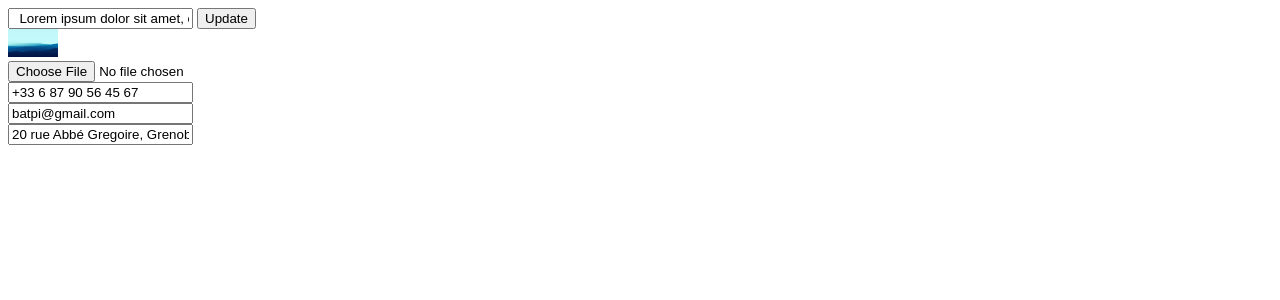
Repository: Yoon-Dev/ProjetS4
Page: http://localhost/backoffice/admin/index.php
The author's editor kept a record of every edit. The page is drawn from the files as they stood at one moment, then again after the next edit.
The browser window is 1280 px wide. The pictures show the whole page.
The page is run by PHP 8.4 with error messages shown; the project is at /var/www/html/. The session is filled in as if someone had signed in: {"acces": true}. Other server files are loaded and not shown. The database holds what the project's SQL file puts in it.

Above is the page before.

### backoffice/admin/index.php
<?php
session_start();
require "../../utils/checkAcces.php";
require '../../utils/conn.php';
checkAcces("../");
chargerclass("../../class/", "Manager");
chargerclass("../../class/", "Page");
$manager = new Manager($conn);
$page = $manager->getPageModel();
?>
<!DOCTYPE html>
<html lang="en">
<head>
    <meta charset="UTF-8">
    <meta name="viewport" content="width=device-width, initial-scale=1.0">
    <meta http-equiv="X-UA-Compatible" content="ie=edge">
    <title>Identification</title>
</head>
<body>

    <input type="textarea" id="presentation" name="presentation" data-bdd="page" value="<?php echo $page->presentation();?>"/>
    <button class="btn-update" data-input="#presentation">Update</button>
    <br>
    <img src="<?php echo '../../'.$page->img1();?>" style="width:50px;"/><br>
    <input type="file" name="img1" data-bdd="page" value="<?php echo $page->img1();?>"/><br>
    <input type="text" name="numero" data-bdd="page" value="<?php echo $page->numero();?>"/><br>
    <input type="text" name="email" data-bdd="page" value="<?php echo $page->email();?>"/><br>
    <input type="text" name="adresse" data-bdd="page" value="<?php echo $page->adresse();?>"/><br>

</body>
</html>

### utils/checkAcces.php
<?php

function checkAcces(string $redirect)
{

   if(!$_SESSION['acces']){
        header("Location: ".$redirect);
        exit();
        echo "acces denied";
    }

}

### utils/conn.php
<?php
// connect to bdd
// $conn = new PDO('mysql:host=localhost;dbname=s4;charset=utf8', 'admin', 'pass');
$conn = new PDO('mysql:host=localhost;dbname=s4;charset=utf8', 'admin', 'pass');
$conn->setAttribute(PDO::ATTR_ERRMODE, PDO::ERRMODE_WARNING); // On émet une alerte à chaque fois qu'une requête a échoué

function chargerclass($dossier, $classname){
    require $dossier.$classname.".php";
}

### class/Manager.php
<?php
class Manager{
// ++++++++++++++++++++++++++++++++++++++++++++++++++++++++++++++++++++++++++++++++++++
    // caratéristique
// ++++++++++++++++++++++++++++++++++++++++++++++++++++++++++++++++++++++++++++++++++++
    protected $_conn;
// °°°°°°°°°°°°°°°°°°°°°°°°°°°°°°°°°°°°°°°°°°°°°°°°°°°°°°°°°°°°°°°°°°°°°°°°°°°°°°°°°°°°
    // CONSTRUCT
// °°°°°°°°°°°°°°°°°°°°°°°°°°°°°°°°°°°°°°°°°°°°°°°°°°°°°°°°°°°°°°°°°°°°°°°°°°°°°°°°°°°°
    public function __construct($conn){$this->setDb($conn);}
// ++++++++++++++++++++++++++++++++++++++++++++++++++++++++++++++++++++++++++++++++++++
// fonctionnalité
// ++++++++++++++++++++++++++++++++++++++++++++++++++++++++++++++++++++++++++++++++++++
// °°°°°°°°°°°°°°°°°°°°°°°°°°°°°°°°°°°°°°°°°°°°°°°°°°°°°°°°°°°°°°°°°°°°°°°°°°°°°°°°°°°°°°°°°°°°°°°°
    public function getAdminPassword(string $username, string $pass)
    {
    $res = null;
    // get the admin password for admin identification
        if(!empty($username)){
            $q = $this->_conn->prepare('SELECT password FROM Admin WHERE username = :username');
            $q->execute(['username' => $username]);
            while ($donnees = $q->fetch(PDO::FETCH_ASSOC))
            {
                if (password_verify($pass, $donnees['password'])) {
                   $res = "succes";
                }else{
                    $res = "error";
                }
            }
            if(empty($res)){
                $res = "error";
            }
        }else{
            $res = "error";
        }
    return json_encode($res);
    }
// °°°°°°°°°°°°°°°°°°°°°°°°°°°°°°°°°°°°°°°°°°°°°°°°°°°°°°°°°°°°°°°°°°°°°°°°°°°°°°°°°°°°°°°°°°°°°°°°
    public function getPageModel()
    {
    $page = null;
    //get the data and create the page model
        $q = $this->_conn->prepare('SELECT * FROM `Page`');
        $q->execute();

        while ($donnees = $q->fetch(PDO::FETCH_ASSOC))
        {

          $page = new Page($donnees);

        }

    return $page;

    }
// °°°°°°°°°°°°°°°°°°°°°°°°°°°°°°°°°°°°°°°°°°°°°°°°°°°°°°°°°°°°°°°°°°°°°°°°°°°°°°°°°°°°°°°°°°°°°°°°
    public function updateSingleRow(string $table, string $type, string $value, int $rownbr)
    {
    $res = null;
    //get the data and create the page model
        $q = $this->_conn->prepare("UPDATE {$table} SET {$type} = :valuee WHERE id = :id");
        $q->bindValue(':id', $rownbr);
        $q->bindValue(':valuee', $value);
        $q->execute();

    return $res;

    }
// °°°°°°°°°°°°°°°°°°°°°°°°°°°°°°°°°°°°°°°°°°°°°°°°°°°°°°°°°°°°°°°°°°°°°°°°°°°°°°°°°°°°°°°°°°°°°°°°
// °°°°°°°°°°°°°°°°°°°°°°°°°°°°°°°°°°°°°°°°°°°°°°°°°°°°°°°°°°°°°°°°°°°°°°°°°°°°°°°°°°°°°°°°°°°°°°°°
    // SETTER
// °°°°°°°°°°°°°°°°°°°°°°°°°°°°°°°°°°°°°°°°°°°°°°°°°°°°°°°°°°°°°°°°°°°°°°°°°°°°°°°°°°°°°°°°°°°°°°°°
    public function setDb(PDO $conn){$this->_conn = $conn;}

// end
}
?>

### class/Page.php
<?php
// Model de donnée à réutiliser sans modération
class Page{
// ++++++++++++++++++++++++++++++++++++++++++++++++++++++++++++++++++++++++++++++++++++
    // caratéristique
// ++++++++++++++++++++++++++++++++++++++++++++++++++++++++++++++++++++++++++++++++++++
    protected   $_presentation,
                $_img1,
                $_numero,
                $_email,
                $_adresse;
// °°°°°°°°°°°°°°°°°°°°°°°°°°°°°°°°°°°°°°°°°°°°°°°°°°°°°°°°°°°°°°°°°°°°°°°°°°°°°°°°°°°°
    // CONSTRUCT
// °°°°°°°°°°°°°°°°°°°°°°°°°°°°°°°°°°°°°°°°°°°°°°°°°°°°°°°°°°°°°°°°°°°°°°°°°°°°°°°°°°°°
    public function __construct(Array $data)
    {
        $this->hydrate($data);
    }
// °°°°°°°°°°°°°°°°°°°°°°°°°°°°°°°°°°°°°°°°°°°°°°°°°°°°°°°°°°°°°°°°°°°°°°°°°°°°°°°°°°°°
    // HYDRATE
// °°°°°°°°°°°°°°°°°°°°°°°°°°°°°°°°°°°°°°°°°°°°°°°°°°°°°°°°°°°°°°°°°°°°°°°°°°°°°°°°°°°°
    public function hydrate(Array $data)
    {
        foreach ($data as $key => $value){
            $method='set'.ucfirst($key);
            if (method_exists($this, $method)){
                $this->$method($value);
            }
        }
    }
// ++++++++++++++++++++++++++++++++++++++++++++++++++++++++++++++++++++++++++++++++++++
    // fonctionnalité
// ++++++++++++++++++++++++++++++++++++++++++++++++++++++++++++++++++++++++++++++++++++
    // code
// °°°°°°°°°°°°°°°°°°°°°°°°°°°°°°°°°°°°°°°°°°°°°°°°°°°°°°°°°°°°°°°°°°°°°°°°°°°°°°°°°°°°
    // GETTER
// °°°°°°°°°°°°°°°°°°°°°°°°°°°°°°°°°°°°°°°°°°°°°°°°°°°°°°°°°°°°°°°°°°°°°°°°°°°°°°°°°°°°
    public function presentation(){return$this->_presentation;}
    public function img1(){return$this->_img1;}
    public function numero(){return$this->_numero;}
    public function email(){return$this->_email;}
    public function adresse(){return$this->_adresse;}
// °°°°°°°°°°°°°°°°°°°°°°°°°°°°°°°°°°°°°°°°°°°°°°°°°°°°°°°°°°°°°°°°°°°°°°°°°°°°°°°°°°°°
    // SETTER
// °°°°°°°°°°°°°°°°°°°°°°°°°°°°°°°°°°°°°°°°°°°°°°°°°°°°°°°°°°°°°°°°°°°°°°°°°°°°°°°°°°°°
    public function setPresentation($presentation){if(!empty($presentation) && is_string($presentation)){$this->_presentation = $presentation;}}
    public function setImg1($img1){if(!empty($img1) && is_string($img1)){$this->_img1 = $img1;}}
    public function setNumero($numero){if(!empty($numero) && is_string($numero)){$this->_numero = $numero;}}
    public function setEmail($email){if(!empty($email) && is_string($email)){$this->_email = $email;}}
    public function setAdresse($adresse){if(!empty($adresse) && is_string($adresse)){$this->_adresse = $adresse;}}
// °°°°°°°°°°°°°°°°°°°°°°°°°°°°°°°°°°°°°°°°°°°°°°°°°°°°°°°°°°°°°°°°°°°°°°°°°°°°°°°°°°°°
// fin CLASSE
}
?>

### s4.sql (the tables this page reads)
CREATE TABLE `Page` (
  `presentation` varchar(4096) CHARACTER SET utf8 NOT NULL,
  `img1` varchar(4096) NOT NULL,
  `numero` varchar(255) NOT NULL,
  `email` varchar(255) NOT NULL,
  `adresse` varchar(255) NOT NULL
) ENGINE=InnoDB DEFAULT CHARSET=latin1;

INSERT INTO `Page` VALUES ('  Lorem ipsum dolor sit amet, consectetur adipiscing elit. Maecenas semper egestas orci, eget feugiat ipsum porta sodales. Nulla ultrices at metus et eleifend. Duis molestie condimentum metus at faucibus. Nullam scelerisque lectus quis augue dignissim, vitae mollis nibh dictum. Aliquam faucibus nibh nec aliquet lobortis. Fusce eleifend dictum turpis molestie sodales. Suspendisse eget nibh egestas, varius libero hendrerit, finibus dolor. Quisque cursus risus a est sagittis pellentesque. Nunc nec tortor et lectus vestibulum pretium nec vel massa. Ut faucibus dapibus sapien, eget porta diam finibus non. Aenean eu orci nec augue laoreet scelerisque vitae quis nulla. Sed fringilla ipsum sem, sed scelerisque ligula eleifend et. Nullam nec dolor tellus. Orci varius natoque penatibus et magnis dis parturient montes, nascetur ridiculus mus. Vivamus porta ante lacus, et finibus nibh imperdiet a. Duis posuere, neque nec tempor elementum, lacus leo accumsan neque, ut elementum ex ex in nisi.  Fusce ornare varius nisi ut lacinia. Sed vitae ornare tortor, vel aliquam est. Donec eu lorem ultrices sapien blandit scelerisque eget id mauris. Curabitur auctor egestas metus, sit amet rutrum risus rhoncus vitae. Vivamus porttitor, lorem at cursus tincidunt, felis felis blandit turpis, sit amet rhoncus dolor nisi et dolor. Interdum et malesuada fames ac ante ipsum primis in faucibus. Ut sodales tempus nulla id tincidunt. Aliquam nisi massa, egestas quis erat sed, fermentum vulputate tellus. Vestibulum facilisis odio odio, at consequat ligula aliquet in. Maecenas pulvinar felis et consectetur pellentesque. Quisque suscipit quis dui at ullamcorper. Aliquam nulla mi, laoreet sit amet ullamcorper eget, cursus vitae tortor. ','./img/img1.png','+33 6 87 90 56 45 67','batpi@gmail.com','20 rue Abbé Gregoire, Grenoble');

After the next edit:
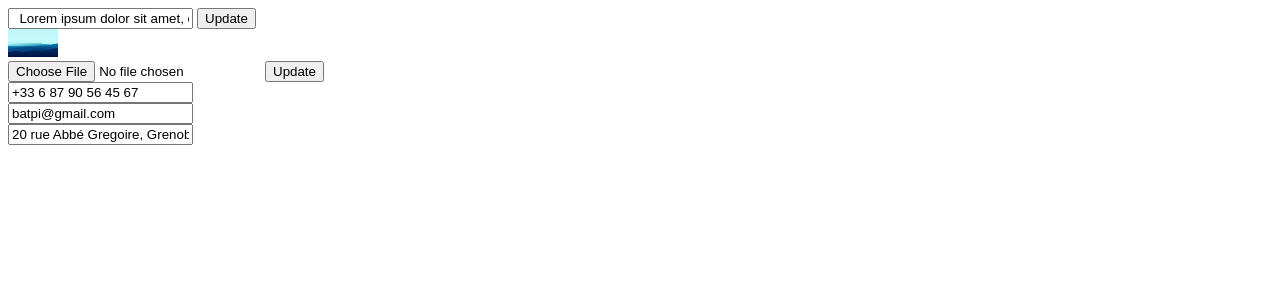
The edit:
--- a/backoffice/admin/index.php
+++ b/backoffice/admin/index.php
@@ -22,7 +22,9 @@
     <button class="btn-update" data-input="#presentation">Update</button>
     <br>
     <img src="<?php echo '../../'.$page->img1();?>" style="width:50px;"/><br>
-    <input type="file" name="img1" data-bdd="page" value="<?php echo $page->img1();?>"/><br>
+    <input type="file" id="img1" name="img1" data-bdd="page" value="<?php echo $page->img1();?>"/>
+    <button class="btn-update" data-input="#presentation">Update</button>
+    <br>
     <input type="text" name="numero" data-bdd="page" value="<?php echo $page->numero();?>"/><br>
     <input type="text" name="email" data-bdd="page" value="<?php echo $page->email();?>"/><br>
     <input type="text" name="adresse" data-bdd="page" value="<?php echo $page->adresse();?>"/><br>
